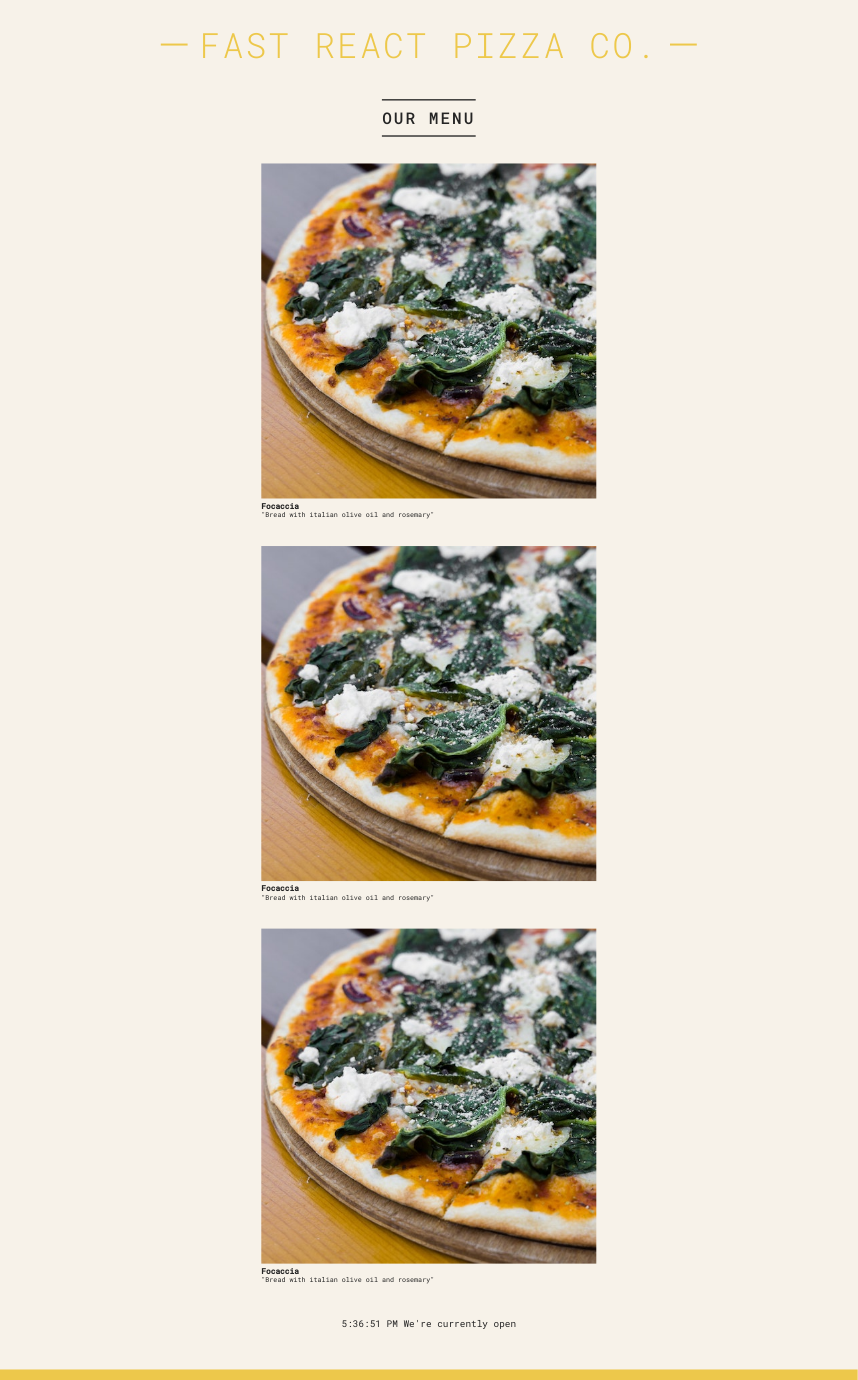
Repository: ahmedharidy/First-React-App
Page: /
An editor plug-in stored every save of this project. The page is shown before and after the next save, followed by the edit.
The browser window is 1280 px wide. The pictures show the whole page, at 67% of full size.
The project was rebuilt for these pictures with package versions that can differ from the ones it lists, and the page was loaded fresh each time.

Above is the page before, as saved 2026-09-22 09:17:26.

### src/index.js
import React from "react";
import ReactDOM from "react-dom/client";
import "./index.css";

const pizzaData = [
  {
    name: "Focaccia",
    ingredients: "Bread with italian olive oil and rosemary",
    price: 6,
    photoName: "pizzas/focaccia.jpg",
    soldOut: false,
  },
  {
    name: "Pizza Margherita",
    ingredients: "Tomato and mozarella",
    price: 10,
    photoName: "pizzas/margherita.jpg",
    soldOut: false,
  },
  {
    name: "Pizza Spinaci",
    ingredients: "Tomato, mozarella, spinach, and ricotta cheese",
    price: 12,
    photoName: "pizzas/spinaci.jpg",
    soldOut: false,
  },
  {
    name: "Pizza Funghi",
    ingredients: "Tomato, mozarella, mushrooms, and onion",
    price: 12,
    photoName: "pizzas/funghi.jpg",
    soldOut: false,
  },
  {
    name: "Pizza Salamino",
    ingredients: "Tomato, mozarella, and pepperoni",
    price: 15,
    photoName: "pizzas/salamino.jpg",
    soldOut: true,
  },
  {
    name: "Pizza Prosciutto",
    ingredients: "Tomato, mozarella, ham, aragula, and burrata cheese",
    price: 18,
    photoName: "pizzas/prosciutto.jpg",
    soldOut: false,
  },
];
function App() {
  return (
    <div className="container">
      <Header />
      <Menu />
      <Footer />
    </div>
  );
}

function Pizza() {
  return (
    <div>
      <img src="pizzas/spinaci.jpg" alt="alt"></img>
      <h3>Focaccia</h3>
      <p>"Bread with italian olive oil and rosemary"</p>
    </div>
  );
}

function Header() {
  //   const style = { color: "red", fontSize: "48px", textTransform: "uppercase" };
  const style = {};
  return (
    <header className="header">
      <h1 style={style}>Fast react pizza co.</h1>
    </header>
  );
}
function Menu() {
  return (
    <main className="menu">
      <h2>Our menu</h2>
      <Pizza />
      <Pizza />
      <Pizza />
    </main>
  );
}
function Footer() {
  const hour = new Date().getHours();
  const openHour = 12;
  const closeHour = 22;
  const isOpen = hour >= openHour && hour <= closeHour;

  //   if (hour >= openHour && hour <= closeHour) alert("were currently open!");
  //   else alert("sorry were closed");

  return (
    <footer className="footer">
      {new Date().toLocaleTimeString()} We're currently open
    </footer>
  );
  //   return React.createElement("footer", null, "we're currently open");
}

const root = ReactDOM.createRoot(document.getElementById("root"));

root.render(<App />);

Loaded but not shown: public/index.html (common file); src/index.css (common file)

After the next save:
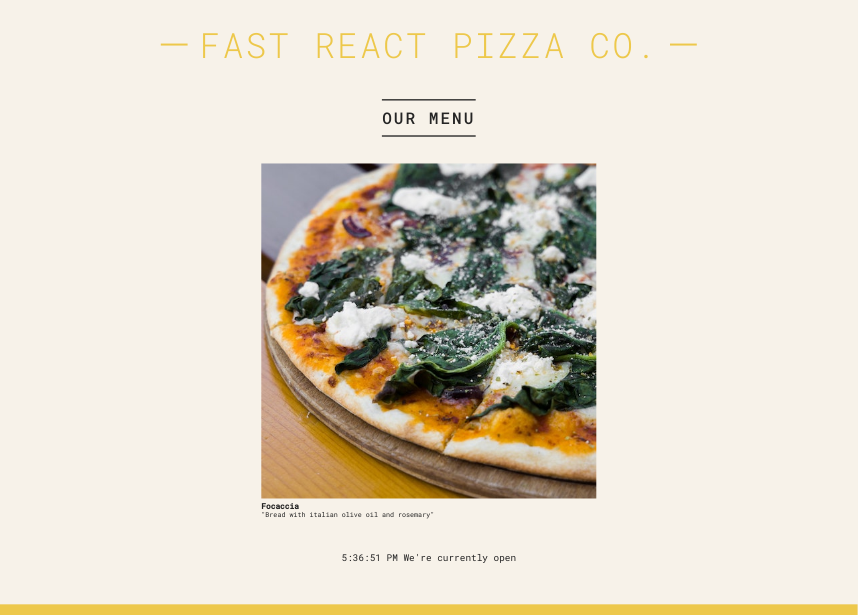
Saved 104 min 0 s later.
--- a/src/index.js
+++ b/src/index.js
@@ -56,16 +56,6 @@ function App() {
   );
 }
 
-function Pizza() {
-  return (
-    <div>
-      <img src="pizzas/spinaci.jpg" alt="alt"></img>
-      <h3>Focaccia</h3>
-      <p>"Bread with italian olive oil and rosemary"</p>
-    </div>
-  );
-}
-
 function Header() {
   //   const style = { color: "red", fontSize: "48px", textTransform: "uppercase" };
   const style = {};
@@ -80,11 +70,20 @@ function Menu() {
     <main className="menu">
       <h2>Our menu</h2>
       <Pizza />
-      <Pizza />
-      <Pizza />
     </main>
   );
 }
+
+function Pizza() {
+  return (
+    <div>
+      <img src="pizzas/spinaci.jpg" alt="alt"></img>
+      <h3>Focaccia</h3>
+      <p>"Bread with italian olive oil and rosemary"</p>
+    </div>
+  );
+}
+
 function Footer() {
   const hour = new Date().getHours();
   const openHour = 12;
